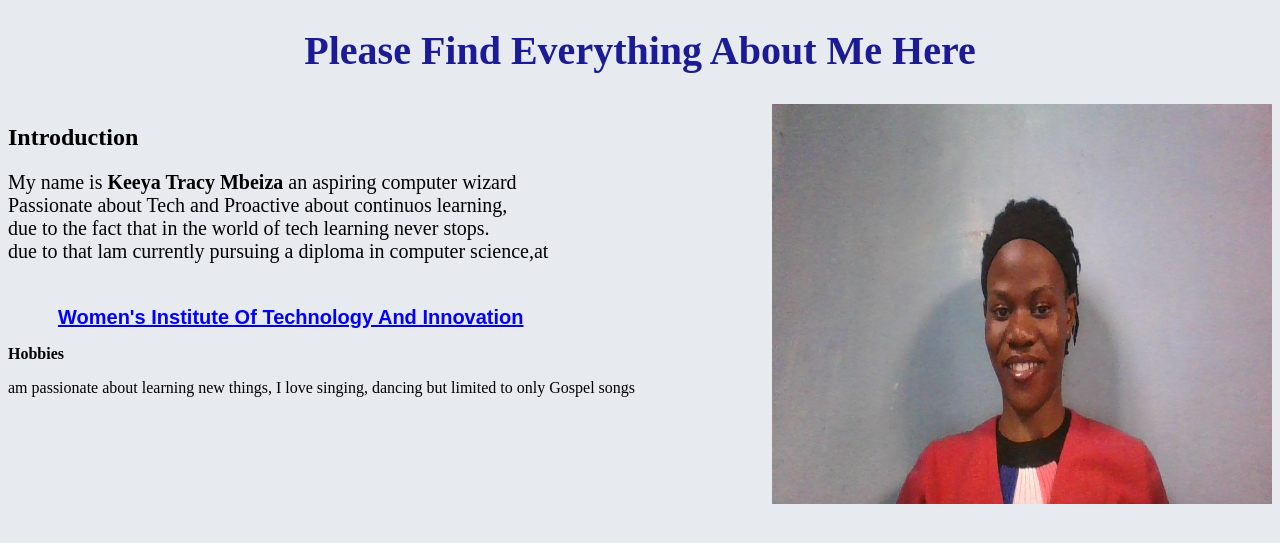
Repository: tracykeeya/my_first_web
Page: index.html
The author's editor kept a copy of each file at every save. The page is drawn from the files as they stood at one save, then again after a run of saves.
The browser window is 1280 px wide. The pictures show the whole page.

Above is the page before, as saved 2025-11-03 12:01:27.

After the next 4 saves:
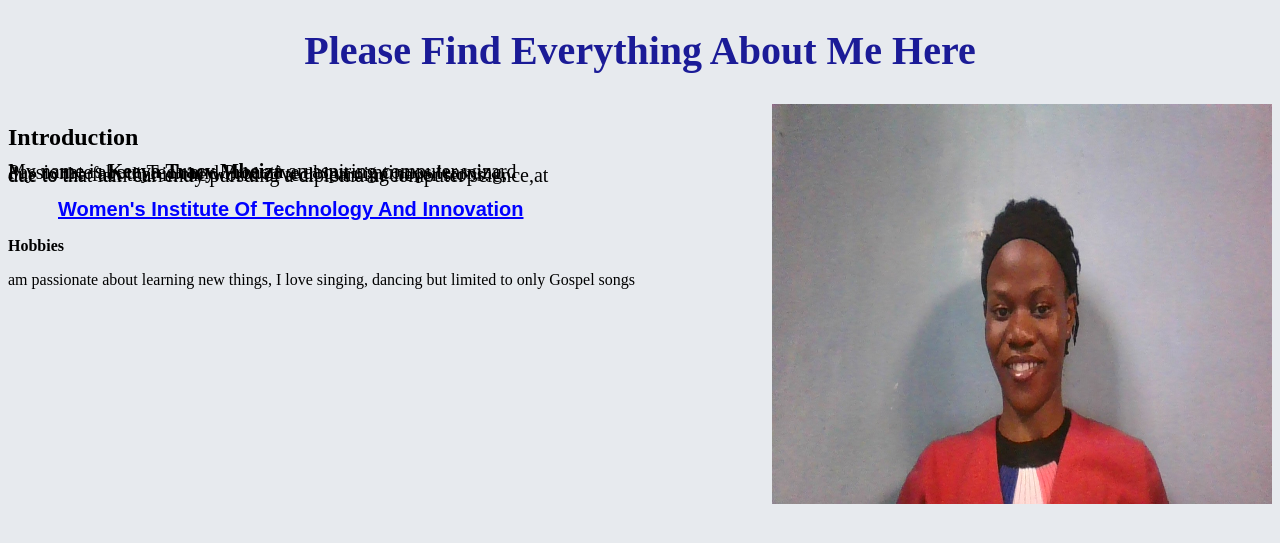
The 4 saves are shown as one change because they came seconds apart.
The last was saved 10 s later.
--- a/index.html
+++ b/index.html
@@ -16,7 +16,7 @@
         <div style="width: 60%;">
     <h2 style="color: black;">Introduction</h2>
 
-    <p style="font-size: 20px; line-height: ;">My name is<strong> Keeya Tracy Mbeiza</strong> an aspiring computer wizard<br>Passionate about Tech and Proactive about continuos learning,<br> due to the fact that in the world of tech learning never stops.<br> due to that lam currently pursuing a diploma in computer science,at<br>
+    <p style="font-size: 20px; line-height: 1.5px;">My name is<strong> Keeya Tracy Mbeiza</strong> an aspiring computer wizard<br>Passionate about Tech and Proactive about continuos learning,<br> due to the fact that in the world of tech learning never stops.<br> due to that lam currently pursuing a diploma in computer science,at<br>
         </br></p>
     <a href="https://www.witi.ac.ug/" style="position: relative; left: 50px; color: rgb(0, 0, 255); font-size: 20px; font-family: Arial, Helvetica, sans-serif"><b> Women's Institute Of Technology And Innovation</b></a>
 
